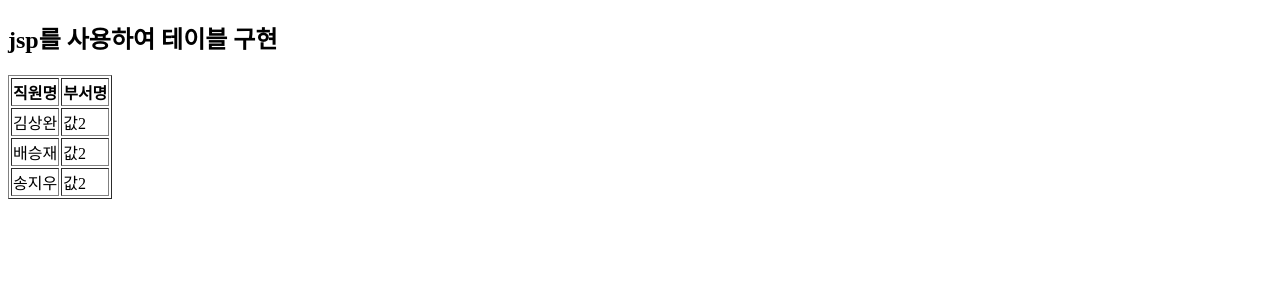
Repository: heyJSH/Study_java_web_sol
Page: http://localhost/jspweb_07/forstat_ex.jsp
These files come from the project's save history. The page is drawn as it stood at one moment and after a run of saves; the edit follows.
The browser window is 1280 px wide. The pictures show the whole page.
The page is served by Tomcat 9.

Above is the page before, as saved 2024-01-11 01:12:09.

After the next 2 saves:
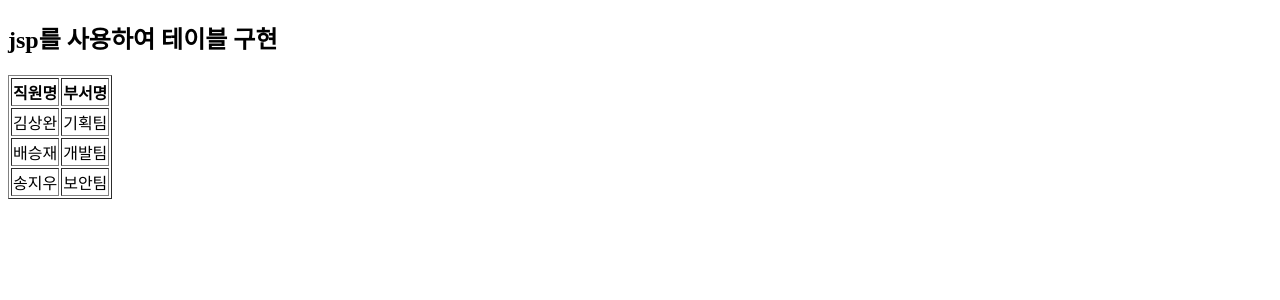
The 2 saves are shown as one change because they came seconds apart.
The last was saved 62 s later.
--- a/teacher_lecture/cotogether/workspace_stsb_4_21/jspweb_07/src/main/webapp/forstat_ex.jsp
+++ b/teacher_lecture/cotogether/workspace_stsb_4_21/jspweb_07/src/main/webapp/forstat_ex.jsp
@@ -31,7 +31,7 @@
 
 				out.println("<tr>");
 				out.println("<td>" + name.get(i) + "</td>");
-				out.println("<td>값2</td>");
+				out.println("<td>" + departName.get(i) + "</td>");
 				out.println("</tr>");
 			}
 
